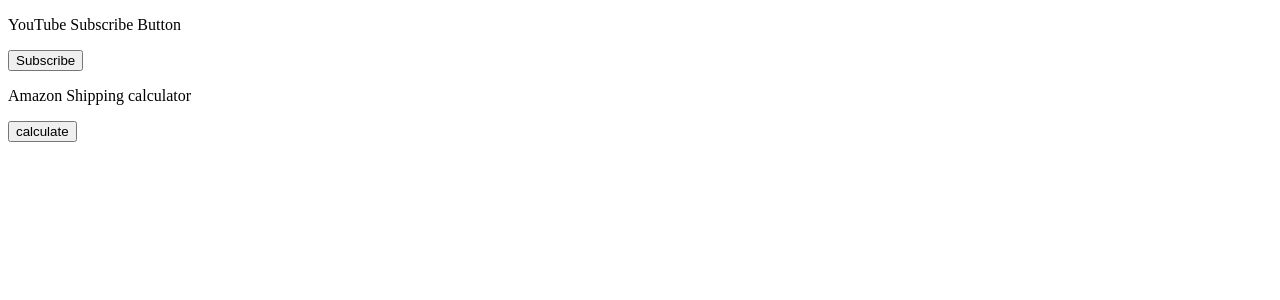
Repository: Samkiroko/Javascript-course
Page: 09-d0m-project.html
These files come from the project's save history. The page is drawn as it stood at one moment and after the next save; the edit follows.
The browser window is 1280 px wide. The pictures show the whole page.

Above is the page before, as saved 2023-08-25 19:25:05.

### 09-d0m-project.html
<!DOCTYPE html>
<html lang="en">
  <head>
    <meta charset="UTF-8" />
    <meta name="viewport" content="width=device-width, initial-scale=1.0" />
    <title>Dom Project</title>
  </head>
  <body>
    <div>
      <p>YouTube Subscribe Button</p>
      <button onclick="subscribe()" class="js-subscribe">Subscribe</button>
      <p>Amazon Shipping calculator</p>
      <button>calculate</button>
    </div>
    <script>
      function subscribe() {
        const buttonElement = document.querySelector('.js-subscribe');

        if (buttonElement.innerText === 'subscribe') {
          buttonElement.innerText = 'subscribed';
        } else {
          buttonElement.innerText = 'subscribe';
        }
      }
    </script>
  </body>
</html>

After the next save:
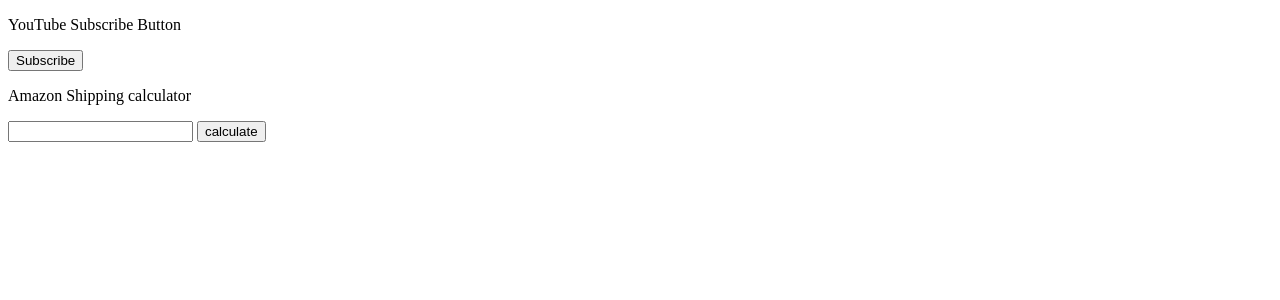
Saved 14 min 26 s later.
--- a/09-d0m-project.html
+++ b/09-d0m-project.html
@@ -10,6 +10,7 @@
       <p>YouTube Subscribe Button</p>
       <button onclick="subscribe()" class="js-subscribe">Subscribe</button>
       <p>Amazon Shipping calculator</p>
+      <input type="text" class="js-input" />
       <button>calculate</button>
     </div>
     <script>
